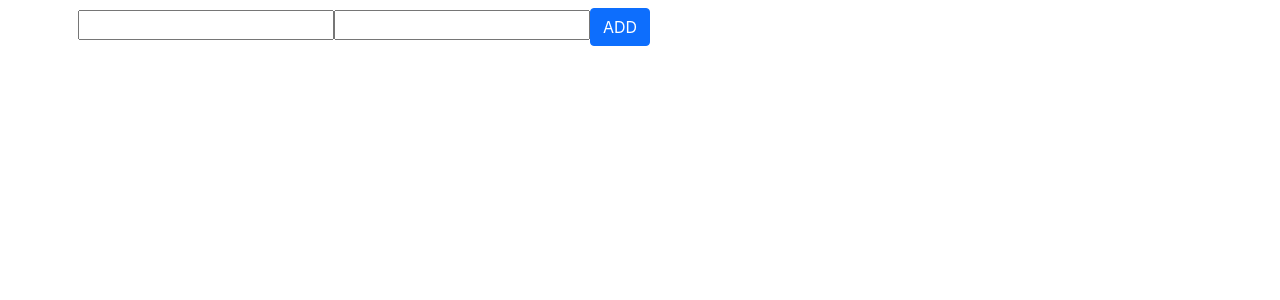
Repository: tsydikov/phone_book
Page: /
The author's editor kept a copy of each file at every save. The page is drawn from the files as they stood at one save, then again after the next save.
The browser window is 1280 px wide. The pictures show the whole page.
The project was rebuilt for these pictures with package versions that can differ from the ones it lists, and the page was loaded fresh each time. Also part of the build but not shown: src/App.css.

Above is the page before, as saved 2021-10-07 18:11:34.

After the next save:
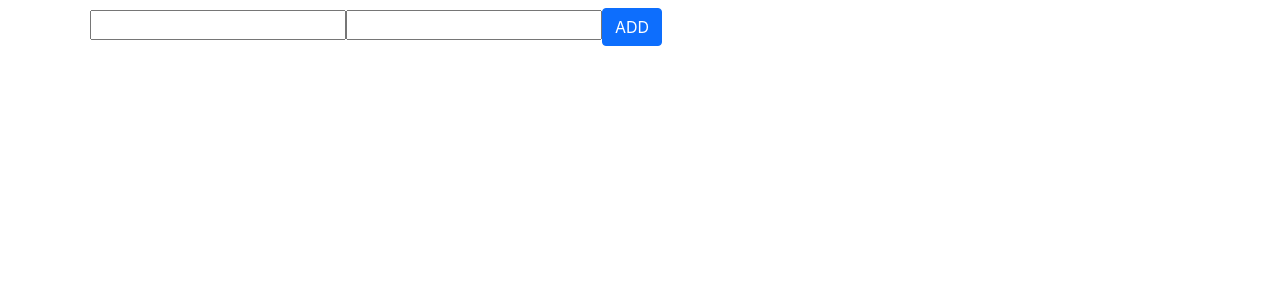
Saved 6 s later.
--- a/src/App.js
+++ b/src/App.js
@@ -6,7 +6,7 @@ function App() {
   return (
     <Container>
       <Row>
-        <Col className="p-2">
+        <Col className="m-2">
         <input /><input /><Button>ADD</Button>
         </Col>
       </Row>
